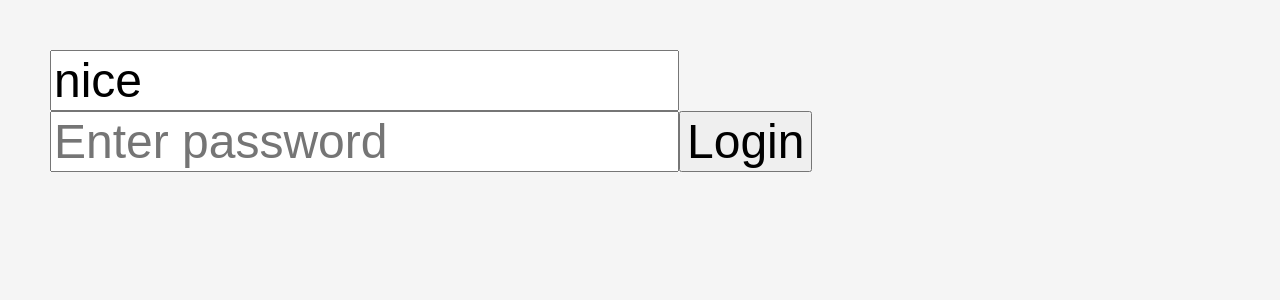
Repository: aanchal0205/yumili
Page: /
An editor plug-in stored every save of this project. The page is shown before and after the next save, followed by the edit.
The browser window is 1280 px wide. The pictures show the whole page.
The project was rebuilt for these pictures with package versions that can differ from the ones it lists, and the page was loaded fresh each time.

Above is the page before, as saved 2021-12-18 09:20:30.

### src/App.js
import logo from './logo.svg';
import './App.css';
import { useState } from 'react';
import { useEffect } from 'react';
import { useFormik } from 'formik';

// export const API="https://movieapp-aanchal.herokuapp.com";
const API="http://localhost:8000";

function App() {
  const token=localStorage.getItem("token")
  return (
    <div className="App">
     <Login/>
     {token?<RecipeList/>:""}

    </div>
  );
}

function RecipeList()
{

  // http://localhost:8000/recipes

  const [recipe,setRecipe]=useState([])

  useEffect(()=>
  {
    fetch(`${API}/recipes`)
  .then(data=>data.json())
  .then(recepies=>setRecipe(recepies))

  });




  return (
  <div className='recipe-list'>
    {recipe.map((rec)=>(

    <Recipe recipe={rec}/>
    ))}


  </div>
  );

}


function Login()
{
  const{handleSubmit,values,handleChange,handleBlur,errors,touched}=
  useFormik({
    initialValues:{username:"nice",password:""},
    onSubmit:(user)=>
    {
      console.log("Sending server values",user);
      signIn(user);
    },
  });
  const signIn=(user)=>
  {
    // http://localhost:8000/users/login
    fetch(`${API}/users/login`, {
      method:"POST",
       headers: {'Content-Type':'application/json'},
       body: JSON.stringify(user),
       })
    .then(data=>data.json())
    .then(data=>localStorage.setItem("token",data.token))

  };

  return (
    <form onSubmit={handleSubmit} className='login-form'>
      <input placeholder='Enter your name'
      id="username"
      name="username"
      value={values.username}
      onChange={handleChange}
      onBlur={handleBlur}>

      </input>
      <input type="text" placeholder='Enter password'
      id="password"
      name="password"
      value={values.password}
      onChange={handleChange}
      onBlur={handleBlur}></input>
      <button type="submit" >Login</button>
    </form>

  );
}

function Recipe({recipe})
{
  return <div className='recipe-container'>
    <img
    className="recipe-picture"
    src={recipe.picture}
    alt="Paneer Butter Masala"/>
    <p className='recepi-name'>{recipe.name}</p>
  </div>
}

export default App;

### src/App.css
/* .App {
  text-align: center;
} */

.recipe-picture
{
  height: 340px;
  width: 550px;
  object-fit: cover;
}
.recepi-name
{
  font-size: 48px;
  padding: 16px;
  margin: 10px;

}

.recipe-container
{
  background: white;
  width: 550px;
  border-radius: 16px;
  overflow: hidden;
  box-shadow: rgb(0 0 0/ 4%) 0px 1px 11px 1px;
  transition: 0.2s;
}

.recipe-container:hover
{
  transform: scale(1.1);
}

body
{
  background: whitesmoke;
  margin: 50px;
  font-family: Roboto;
}

.recipe-list
{
  display: flex;
  flex-wrap: wrap;
  justify-content: space-around;

}

.login-form > input,
.login-form > button
{
  font-size: 48px;
}

Loaded but not shown: public/index.html (common file); src/index.js (common file); src/index.css (common file); src/reportWebVitals.js (common file)

After the next save:
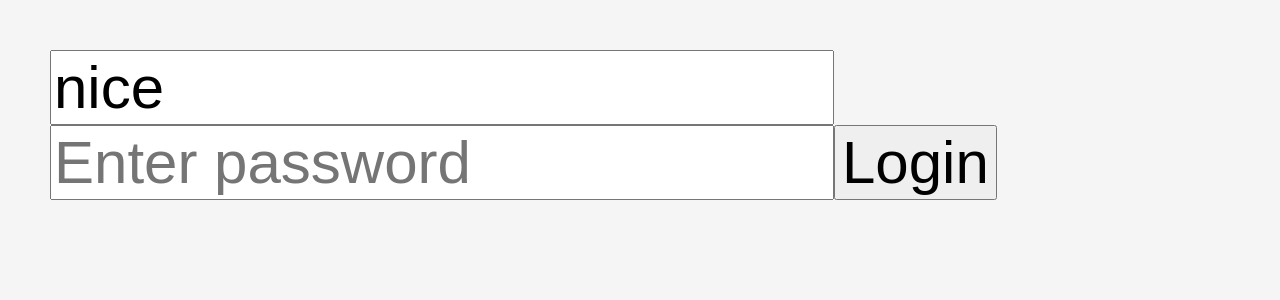
Saved 69 s later.
--- a/src/App.css
+++ b/src/App.css
@@ -49,5 +49,5 @@ body
 .login-form > input,
 .login-form > button
 {
-  font-size: 48px;
+  font-size: 60px;
 }
